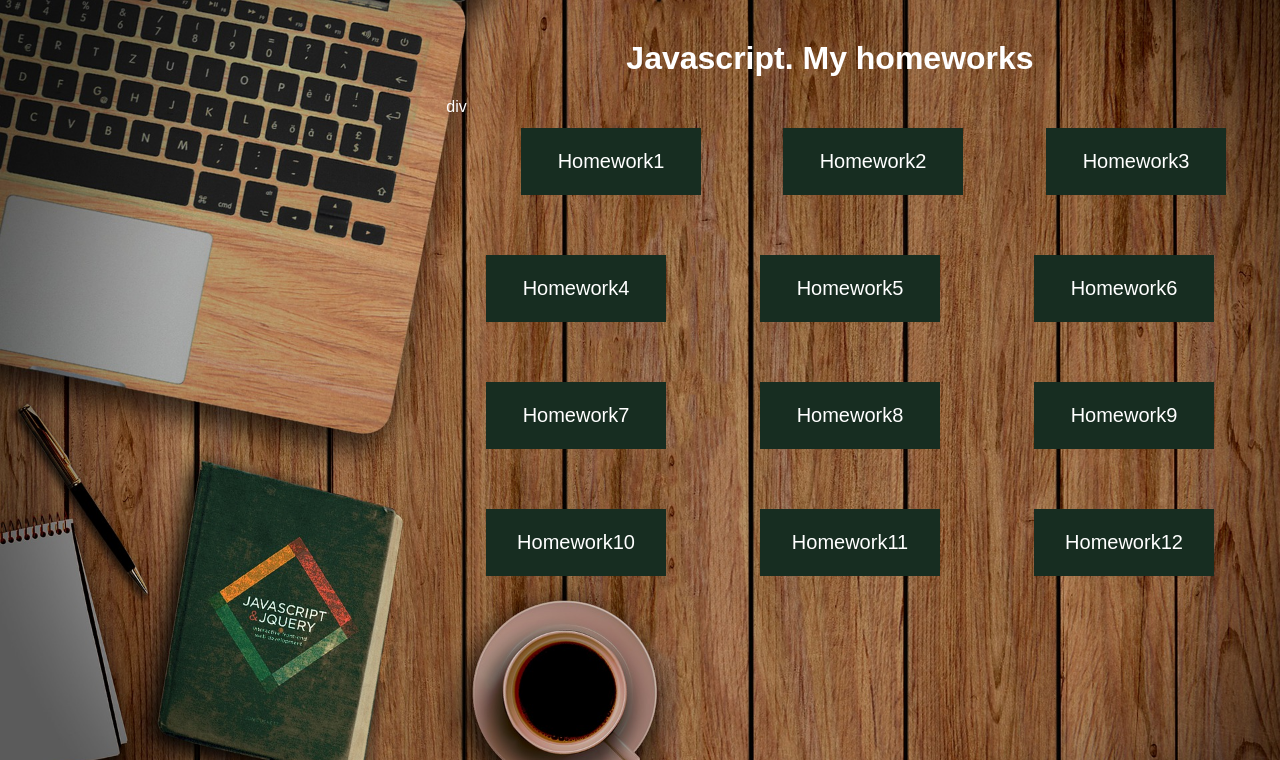
Repository: mariiastetsko/cursor-js-hw
Page: index.html
An editor plug-in stored every save of this project. The page is shown before and after the next save, followed by the edit.
The browser window is 1280 px wide. The pictures show the whole page.

Above is the page before, as saved 2020-07-22 20:50:19.

After the next save:
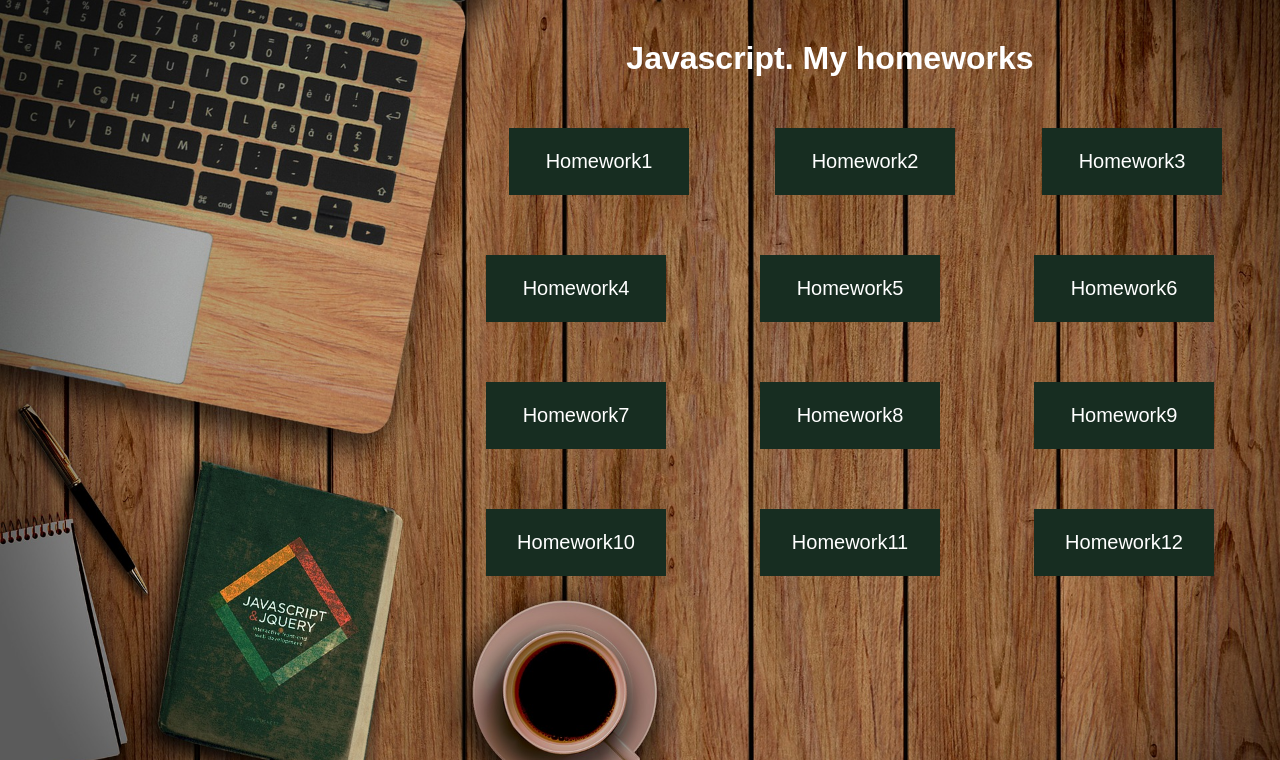
Saved 5 s later.
--- a/index.html
+++ b/index.html
@@ -10,7 +10,7 @@
     <div class="homeworks">
     <h1>Javascript. My homeworks</h1>
     <ul class="list">
-      div<li>
+      <div></div><li>
         <a href="./HW1/index.html">Homework1</a>
       </li>
       <li><a href="./HW2/index.html">Homework2 </a></li>
